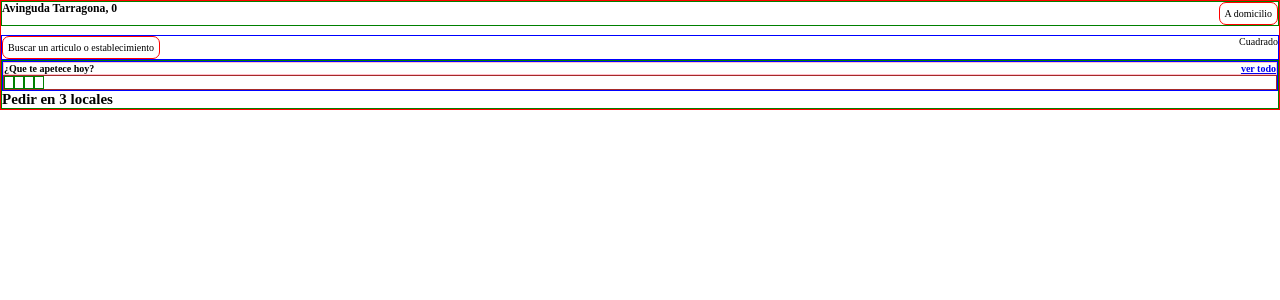
Repository: Srpinedaa/justEat
Page: index.html
The author's editor kept a copy of each file at every save. The page is drawn from the files as they stood at one save, then again after the next save.
The browser window is 1280 px wide. The pictures show the whole page.

Above is the page before, as saved 2024-09-26 15:47:55.

### index.html
<!DOCTYPE html>
<html lang="en">

<head>
    <meta charset="UTF-8">
    <meta name="viewport" content="width=, initial-scale=1.0">
    <title>Just Eat</title>
    <link rel="stylesheet" href="css/estilos.css">
</head>

<body>
    <div id="all">
        <header>
            <div id="navDireccion">
                <h3 class = "direccion">Avinguda Tarragona, 0</h3>
                <div class= "formaPedido">A domicilio</div>
            </div>

            <div id="navBuscador">
                <div class="buscador">Buscar un articulo o establecimiento</div>
                <div class = "opciones">Cuadrado</div>
            </div>
        </header>
        <main>
            <div id = "contenido">
                <div id="bloque1">
                    <section class="bloque1Sesion1">
                        <h4>¿Que te apetece hoy?</h4>
                        <h4><a href="#">ver todo</a></h4>
                    </section>
                    <section class="bloque1Sesion2">
                        <div class="fotoComida"> <img src="" alt=""></div>
                        <div class="fotoComida"> <img src="" alt=""></div>
                        <div class="fotoComida"> <img src="" alt=""></div>
                        <div class="fotoComida"> <img src="" alt=""></div>
                    </section>
                </div>
                <div id="bloque2">
                    <section></section>
                </div>
                <div id="bloque3">
                    <section class="bloquePedidos">
                        <div class="pedido">
                            <h2>Pedir en 3 locales</h2>
                            <div></div>
                        </div>
                    </section>
                </div>
            </div>
        </main>
        <footer></footer>
    </div>
</body>

</html>

### css/estilos.css
*{
    margin: 0;
    padding: 0;
    box-sizing: border-box;
}

html{
    font-size: 62.5%;
}

#all{
    border: 1px solid red;
}

#navDireccion{
    border: 1px solid green;
    display: flex;
    justify-content: space-between;
    margin-bottom: 9px;
}

.formaPedido{
    border: 1px solid red;
    border-radius: 7px;
    padding: 5px;
}

#navBuscador{
    border: 1px solid blue;
    display: flex;
    justify-content: space-between;
}

.buscador{
    border: 1px solid red;
    border-radius: 7px;
    padding: 5px;
}

#contenido{
    border: 1px solid green;
}

#bloque1{
    border: 1px solid blue;
    display: flex;
    flex-direction: column;
}

.bloque1Sesion1{
    border: 1px solid pink;
    display: flex;
    justify-content: space-between;
}

.bloque1Sesion2{
    border: 1px solid brown;
    display: flex;
    flex-direction: row;
}

.fotoComida{
    border: 1px solid green;
    width: 1rem;

}

After the next save:
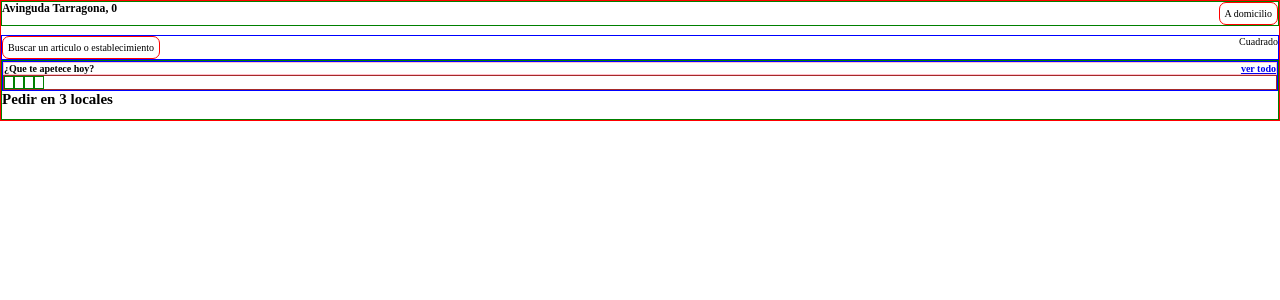
Saved 12 s later.
--- a/index.html
+++ b/index.html
@@ -42,7 +42,9 @@
                     <section class="bloquePedidos">
                         <div class="pedido">
                             <h2>Pedir en 3 locales</h2>
-                            <div></div>
+                            <div class="imagenPedido">
+                                <img src="" alt="">
+                            </div>
                         </div>
                     </section>
                 </div>
